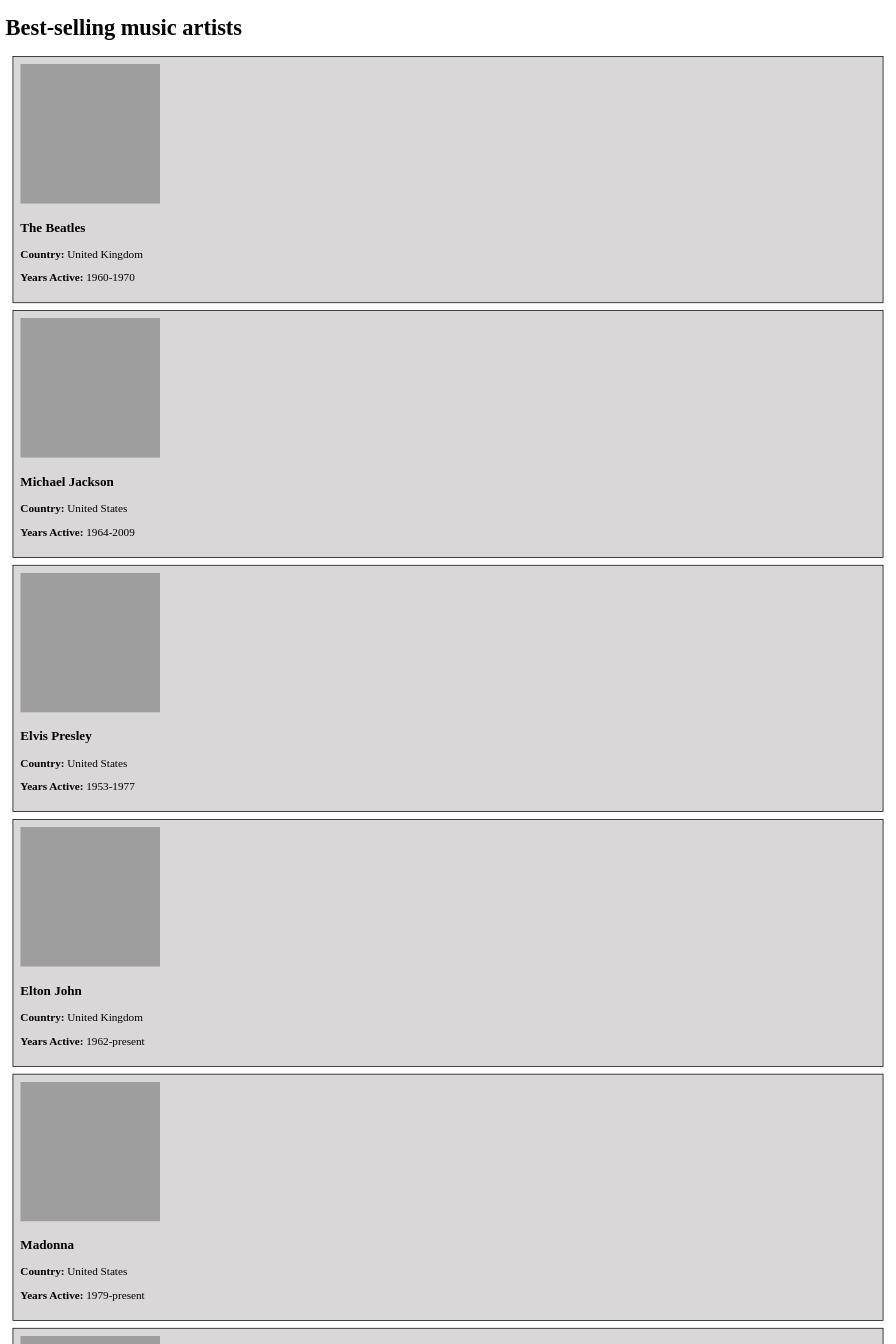
Repository: GavinPahal/Lab2
Page: /
These files come from the project's save history. The page is drawn as it stood at one moment and after the next save; the edit follows.
The browser window is 1280 px wide. The pictures show the part of the page from y = 0 to 1920 px (the page is 3714 px tall before and 2714 px after), at 70% of full size.
Pictures or frames that could not be fetched are drawn as grey boxes. The project was rebuilt for these pictures with package versions that can differ from the ones it lists, and the page was loaded fresh each time. Also part of the build but not shown: vite.config.js.

Above is the page before, as saved 2024-09-23 11:14:29.

After the next save:
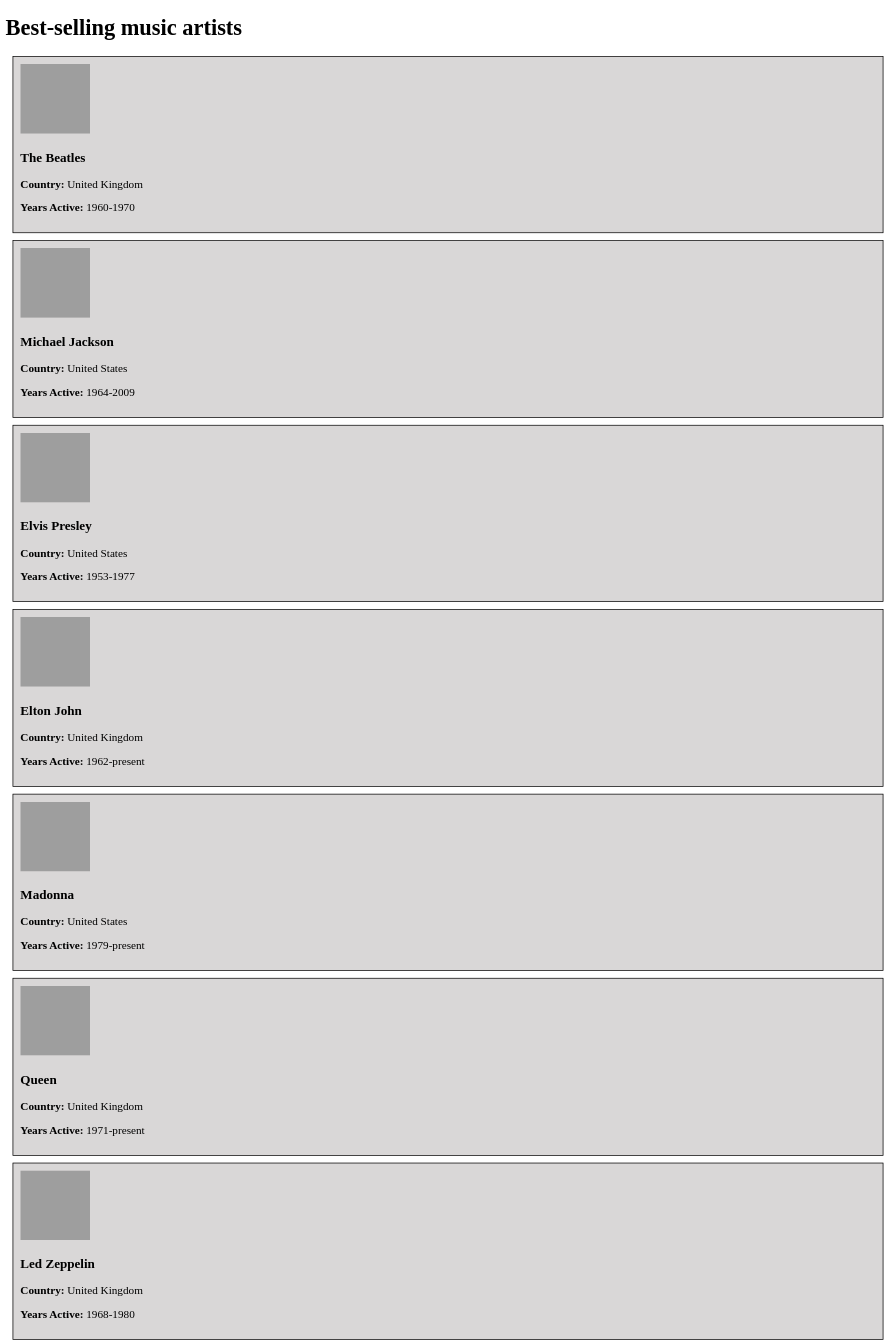
Saved 39 min 36 s later.
--- a/src/components/ArtistDetails.jsx
+++ b/src/components/ArtistDetails.jsx
@@ -3,7 +3,7 @@
 const ArtistDetails = ({ artist }) => {
   return (
     <div className="artist-card">
-      <img src={artist.photo_url} alt={artist.name} style={{ width: '200px', height: '200px' }} />
+      <img src={artist.photo_url} alt={artist.name} style={{ width: '100px', height: '100px' }} />
       <h3>{artist.name}</h3>
       <p><strong>Country:</strong> {artist.country}</p>
       <p><strong>Years Active:</strong> {artist.years_active}</p>
